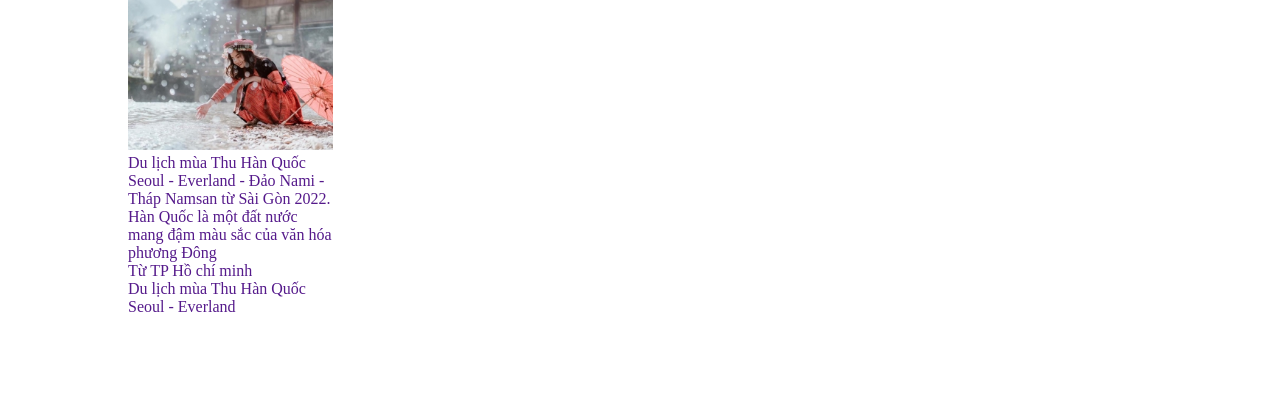
Repository: hoang71299/fe_26
Page: buoi 6/2.html
These files come from the project's save history. The page is drawn as it stood at one moment and after the next save; the edit follows.
The browser window is 1280 px wide. The pictures show the whole page.

Above is the page before, as saved 2022-08-30 15:20:15.

### buoi 6/2.html
<!DOCTYPE html>
<html lang="en">
<head>
    <meta charset="UTF-8">
    <meta http-equiv="X-UA-Compatible" content="IE=edge">
    <meta name="viewport" content="width=device-width, initial-scale=1.0">
    <title>Document</title>
    <link rel="stylesheet" href="./2.css">
</head>
<body>
    <div class="product">
        <div class="box">
            <a href="" class="top">
                <div class="content">
                    <img src="./image/dubai.jdg.jpg" alt="" class="hinh">
                    <div class="bg"></div>
                    <div class="text">Du lịch mùa Thu Hàn Quốc Seoul - Everland - Đảo Nami - Tháp Namsan từ Sài Gòn 2022. Hàn Quốc là một đất nước mang đậm màu sắc của văn hóa phương Đông</div>
                    <div class="diadiem">Từ TP Hồ chí minh</div>
                </div>
                <div class="tieude">Du lịch mùa Thu Hàn Quốc Seoul - Everland</div>
            </a>
            <div class="bottom"></div>
        </div>
    </div>
</body>
</html>

### buoi 6/2.css
*{
    margin: 0;
    padding: 0;
    text-decoration: none;
}
html,body{
    width: 100%;
    height: 100%;
}
.product{
    width: 80%;
    height: auto;
    margin: auto;
}
.box{
    width: 20%;
    height: auto;
}
a.top{
    width: 100%;
    display: inline-block;
}
.hinh{
    width: 100%;
    height: 150px;
    object-fit: cover;
}

After the next save:
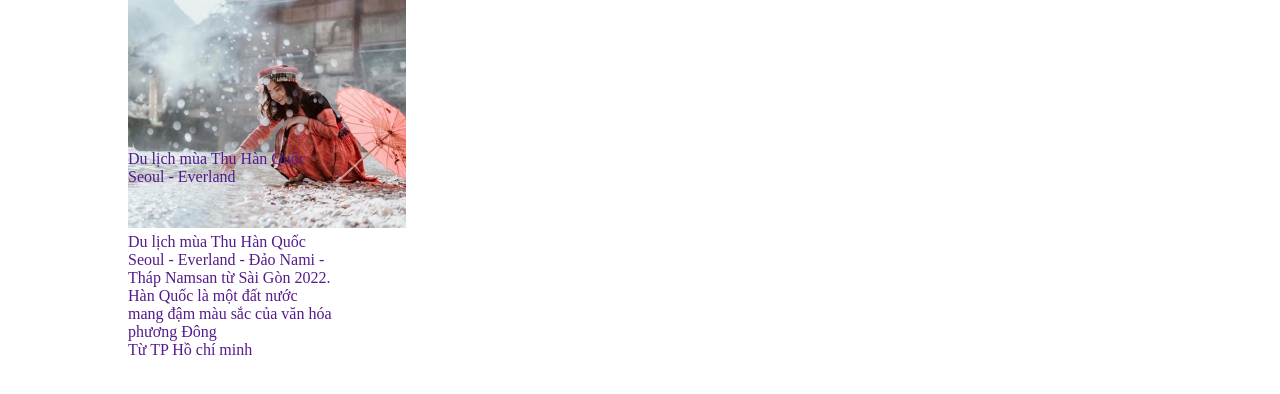
Saved 26 s later.
--- a/buoi 6/2.css
+++ b/buoi 6/2.css
@@ -20,7 +20,7 @@ a.top{
     width: 100%;
     display: inline-block;
 }
-.hinh{
+.content{
     width: 100%;
     height: 150px;
     object-fit: cover;
